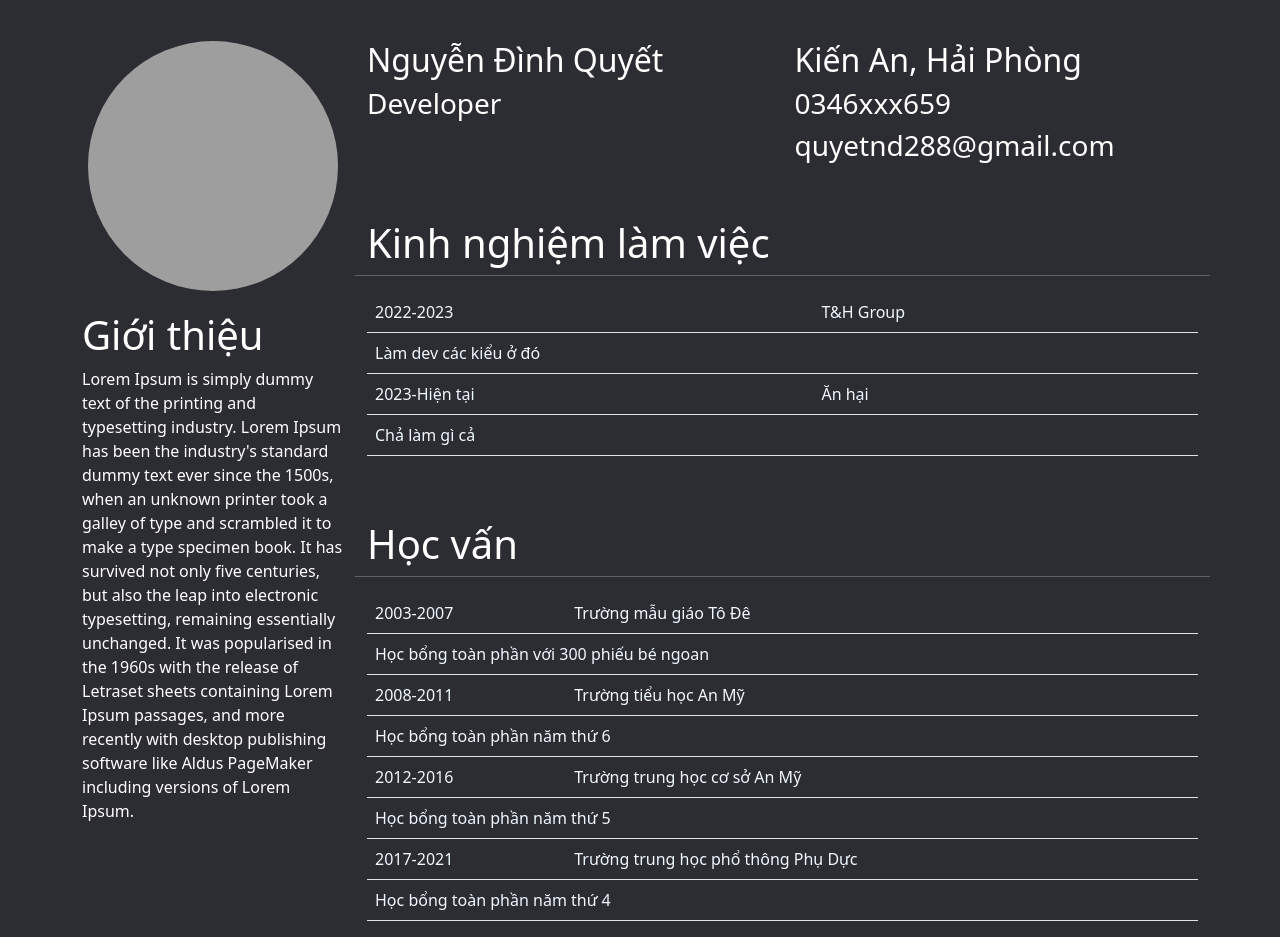
Repository: thanhp6868/ltWeb
Page: 2709/cv/index.html
An editor plug-in stored every save of this project. The page is shown before and after the next save, followed by the edit.
The browser window is 1280 px wide. The pictures show the whole page.
Pictures or frames that could not be fetched are drawn as grey boxes.

Above is the page before, as saved 2023-10-01 22:29:02.

After the next save:
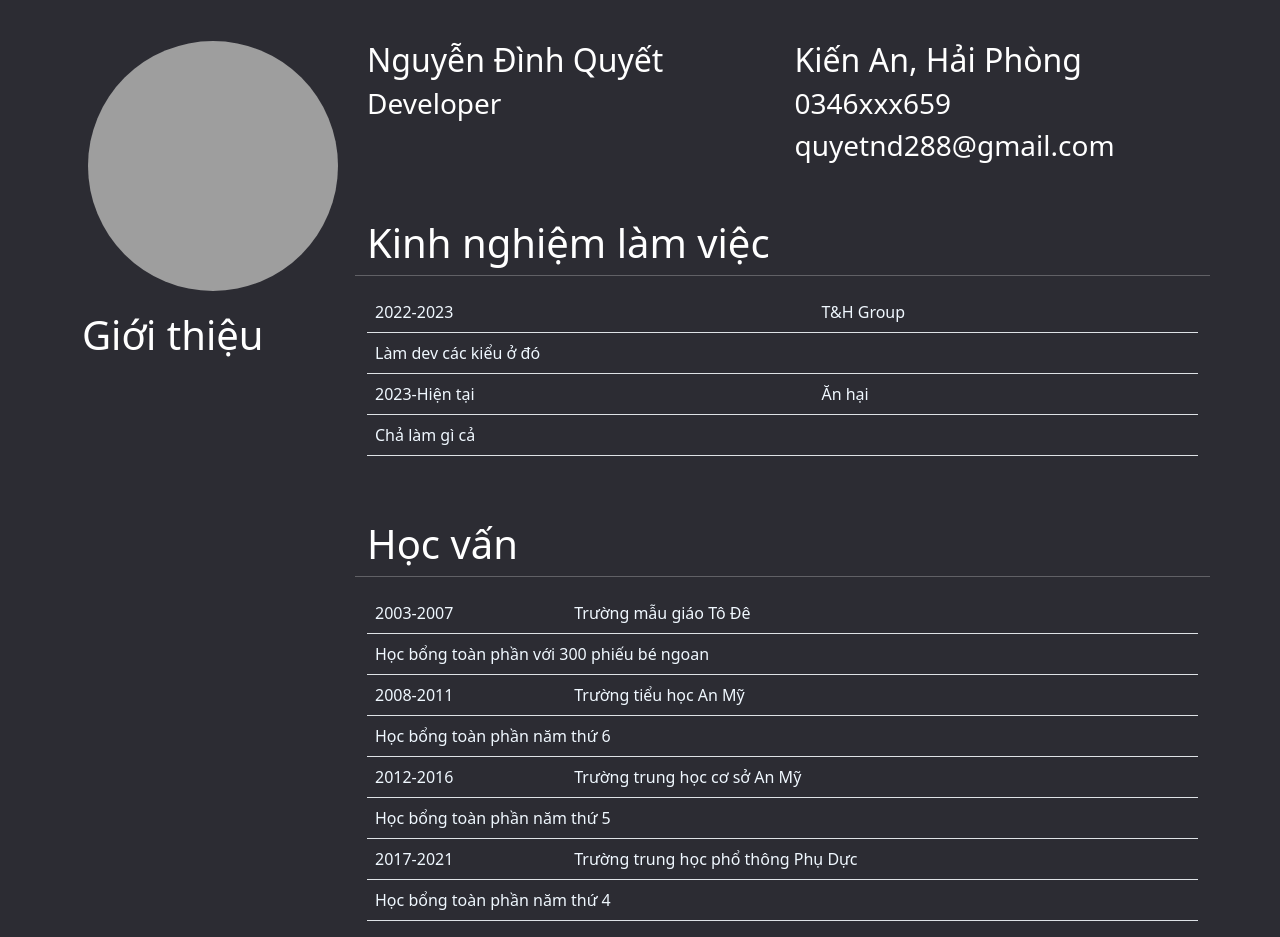
Saved 22 h 30 min later.
--- a/2709/cv/index.html
+++ b/2709/cv/index.html
@@ -18,7 +18,7 @@
                     <div class="row">
                         <h1>Giới thiệu</h1>
                         <p>
-                            Lorem Ipsum is simply dummy text of the printing and typesetting industry. Lorem Ipsum has been the industry's standard dummy text ever since the 1500s, when an unknown printer took a galley of type and scrambled it to make a type specimen book. It has survived not only five centuries, but also the leap into electronic typesetting, remaining essentially unchanged. It was popularised in the 1960s with the release of Letraset sheets containing Lorem Ipsum passages, and more recently with desktop publishing software like Aldus PageMaker including versions of Lorem Ipsum.
+
                         </p>
                     </div>
                 </div>
